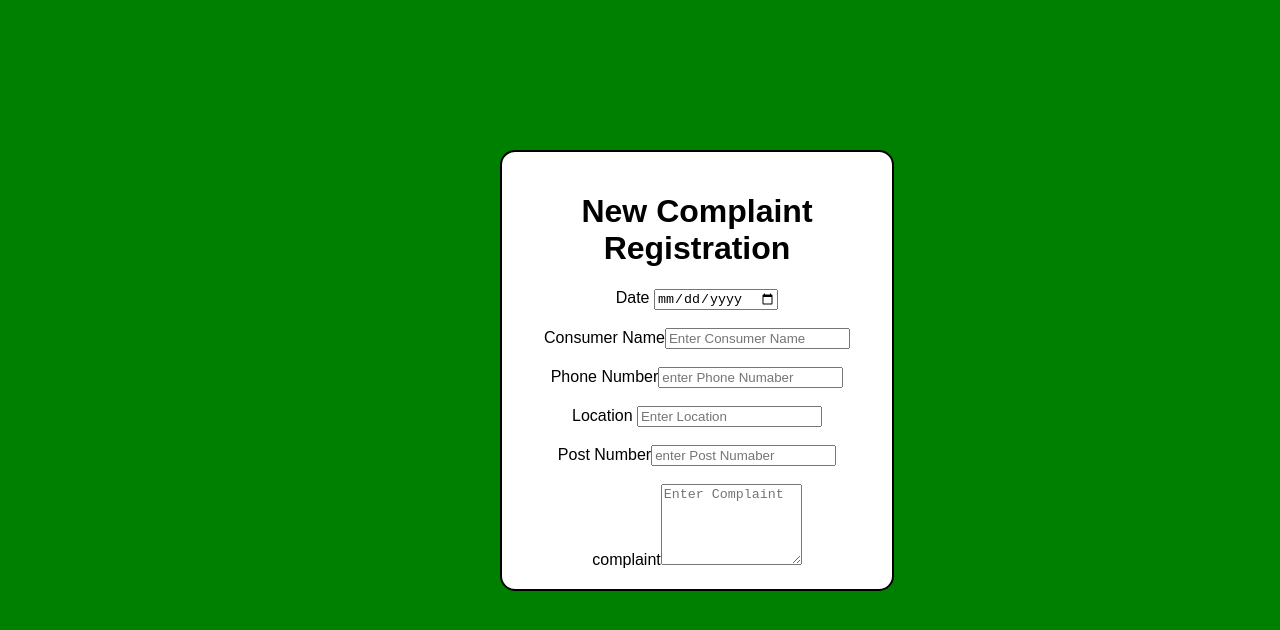
Repository: Jobinte/KSEB-PROJECT
Page: KSEB-complaint-management/WebContent/complaintRegistration.html
The author's editor kept a copy of each file at every save. The page is drawn from the files as they stood at one save, then again after the next save.
The browser window is 1280 px wide. The pictures show the whole page.

Above is the page before, as saved 2023-11-22 07:48:30.

### KSEB-complaint-management/WebContent/complaintRegistration.html
<!DOCTYPE html>
<html>
<head>
<meta charset="ISO-8859-1">
<title>complaint registration</title>


<link href="css/complaitReg.css" rel="stylesheet" type="text/css" />


</head>
<body>
	<div class="complaintReg">
		<h1 id="heading">New Complaint Registration</h1>

		<form action="#" name="complaintReg" id="complaintReg" method="post">
			Date <input type="date" /> <br> <br>
			Consumer Name<input type="text" name="consumerName" placeholder="Enter Consumer Name" /> <br> <br>
			Phone Number<input type="text" name="phone" placeholder="enter Phone Numaber " /> <br> <br>
			Location <input type="text" name="location" placeholder="Enter Location " /> <br> <br>
			Post Number<input type="text" name="post" placeholder="enter Post Numaber  " /> <br> <br>
			complaint<textarea rows="5" cols="15" name="complaint"  placeholder="Enter Complaint"></textarea>

			</form>
			</div>
			</body>
			</html>

### KSEB-complaint-management/WebContent/css/complaitReg.css
body{
	margin:0;
	padding:0;
	 background-color:green;
	 font-family:'arial';

}
#heading {
	color:black;
	font:Times new roman;

}
.complaintReg{
	width:350px;
	height:auto;

	padding:20px;
	margin-top:150px;
	margin-left:500px;
	border-radius:15px;
	 border : 2px solid;



	background-color:white;
	text-align:center;
}

After the next save:
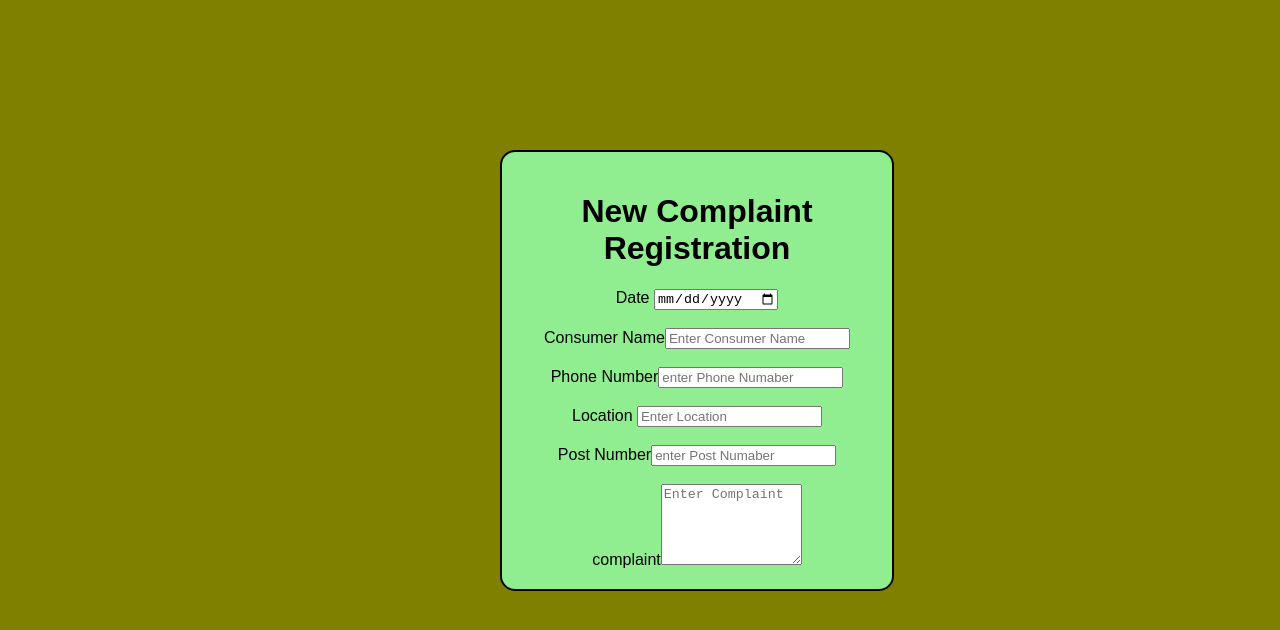
Saved 39 s later.
--- a/KSEB-complaint-management/WebContent/css/complaitReg.css
+++ b/KSEB-complaint-management/WebContent/css/complaitReg.css
@@ -1,7 +1,7 @@
 body{
 	margin:0;
 	padding:0;
-	 background-color:green;
+	 background-color:olive;
 	 font-family:'arial';
 
 }
@@ -22,6 +22,6 @@ body{
 
 
 
-	background-color:white;
+	background-color:lightgreen;
 	text-align:center;
 }
